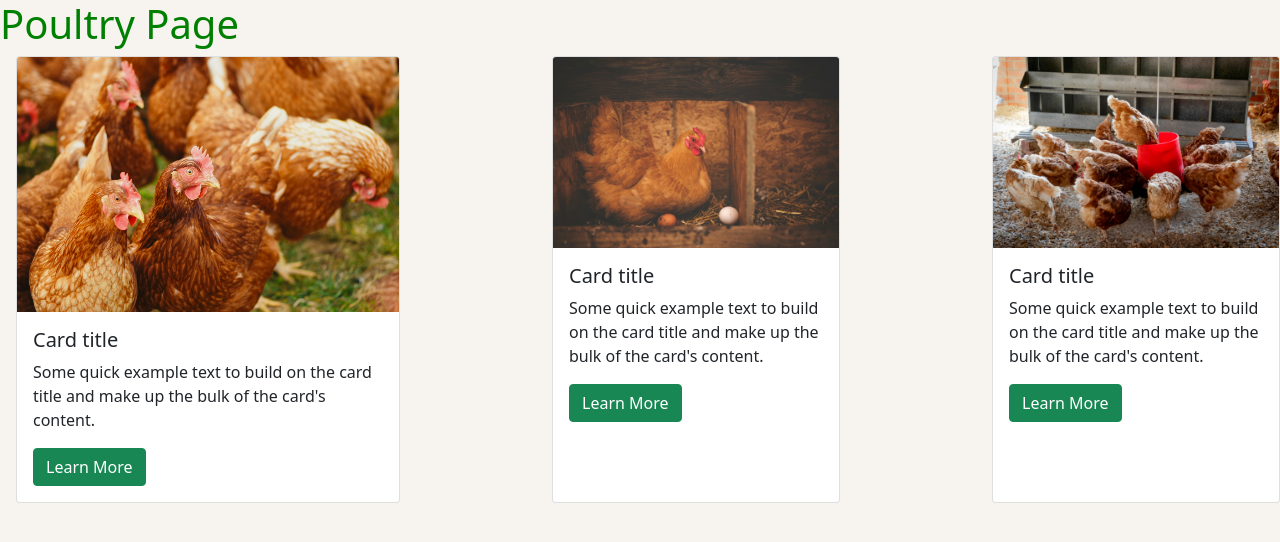
Repository: Allevandrose/Agri-invest
Page: poultry.html
An editor plug-in stored every save of this project. The page is shown before and after the next save, followed by the edit.
The browser window is 1280 px wide. The pictures show the whole page.

Above is the page before, as saved 2024-04-13 15:25:00.

After the next save:
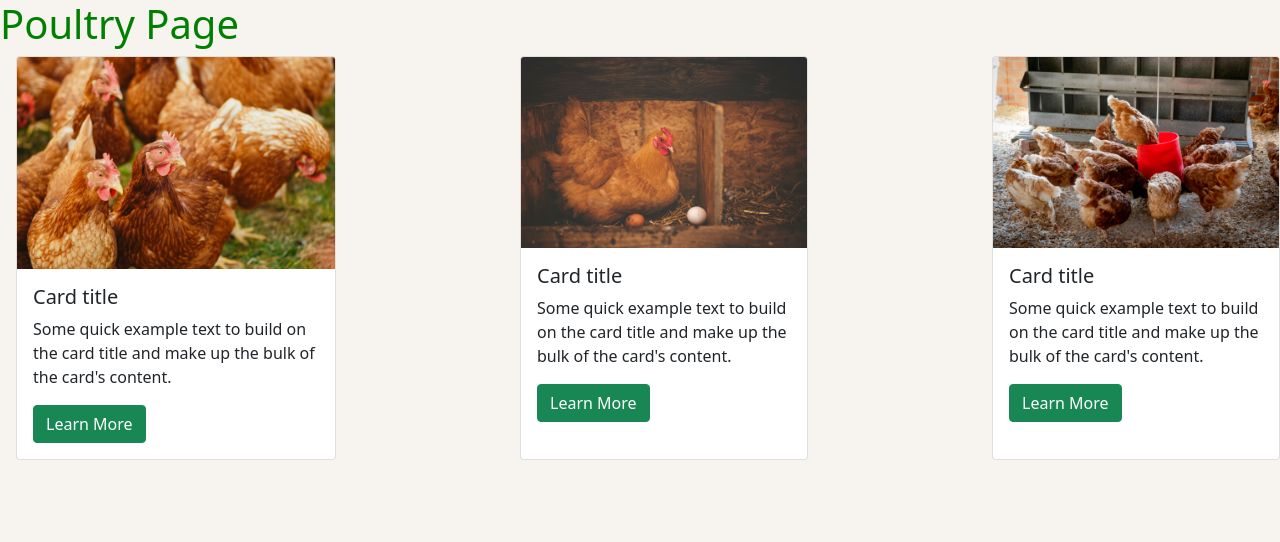
Saved 11 s later.
--- a/poultry.html
+++ b/poultry.html
@@ -13,7 +13,7 @@
     <h1 class="h1">Poultry Page</h1>
 
     <div class="card-container d-flex flex-row">
-        <div class="card mr-2" style="width: 24rem;">
+        <div class="card mr-2" style="width: 20rem;">
             <img src="poultry images/chick1.jpg" class="card-img-top" alt="...">
             <div class="card-body">
                 <h5 class="card-title">Card title</h5>
